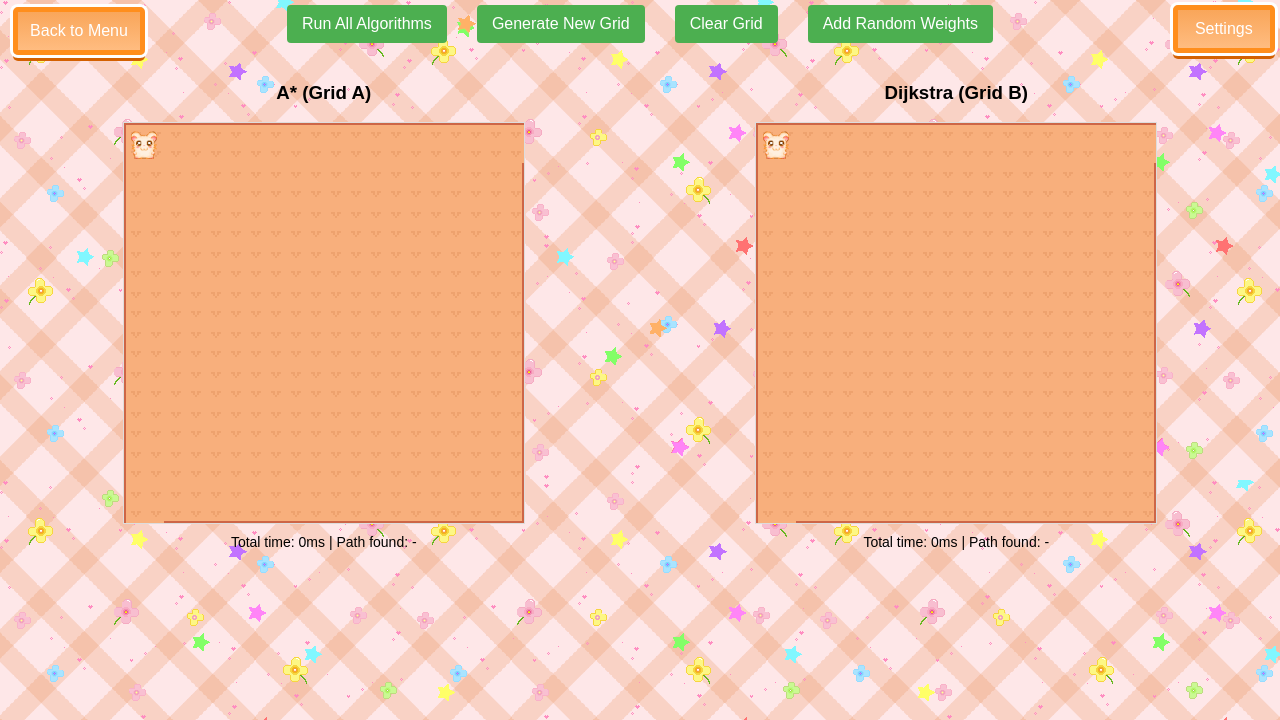
Repository: ramosfranz/Hamster-Crossing
Page: game.html
An editor plug-in stored every save of this project. The page is shown before and after the next save, followed by the edit.
The browser window is 1280 px wide. The pictures show the whole page.
Some web fonts or font styles are not loaded; a fallback is used.

Above is the page before, as saved 2025-05-06 12:20:26.

### game.html
<!DOCTYPE html>
<html lang="en">
<head>
    <meta charset="UTF-8">
    <meta name="viewport" content="width=device-width, initial-scale=1.0">
    <link rel="preconnect" href="https://fonts.googleapis.com">
    <link rel="preconnect" href="https://fonts.gstatic.com" crossorigin>
    <link href="https://fonts.googleapis.com/css2?family=Jersey+10+Charted&family=Jersey+20&family=Jersey+25+Charted&display=swap" rel="stylesheet">
    <title>Hamster Crossing</title>
    <link rel="icon" type="image/x-icon" href="assets/images/favicon.ico">
    <link rel="stylesheet" href="styles.css">
</head>
<body>
    <div class="header-buttons">
        <a class="pixelButton" id="backButton" href="menu.html">Back to Menu</a>
        <button class="pixelButton" id="settingsButton">Settings</button>
    </div>

    <!-- Settings Popup -->
    <div id="settingsPopup" class="popup">
        <div class="popup-content">
            <span class="close-popup">&times;</span>
            <h3>Settings</h3>

            <div class="setting-item">
                <label for="volumeSlider">Adjust Volume:</label>
                <input type="range" id="volumeSlider" min="0" max="100" value="50">
            </div>

            <div class="setting-item">
                <label for="hamsterDropdown">Change Hamster:</label>
                <select id="hamsterDropdown">
                    <option value="hamster1">Default Hamster</option>
                    <option value="hamster2">Speedy Hamster</option>
                    <option value="hamster3">Colorful Hamster</option>
                </select>
            </div>

            <div class="setting-item">
                <label>Number of Grids: <span class="grid-count-value">2</span></label>
                <div class="grid-count-container">
                    <input type="range" id="gridCount" min="1" max="5" value="2">
                </div>
            </div>

            <div id="gridSettings">
                <!-- Grid settings will be added here dynamically -->
            </div>

            <button id="applySettings">Apply Settings</button>
        </div>
    </div>
    <div id="controls">
        <button id="runButton">Run All Algorithms</button>
        <button id="generateButton">Generate New Grid</button>
        <button id="clearButton">Clear Grid</button>
        <button id="addWeightsButton">Add Random Weights</button>
    </div>

    <button id="stopButton">Stop and Clear Searching</button>

    <div id="grids-container">
        <!-- Grids will be added here dynamically -->
    </div>

    <!--<script src="pathfind.js" type="module"></script>
    <script src="settingsPopUp.js"  type="module"></script>
    <script src="algorithms.js"  type="module"></script> -->
    <script type="module" src="js/app.js"></script>
    <script type="module" src="js/game.js"></script>
</body>
</html>

### styles.css
html, body {
    font-family: "Jersey 20", sans-serif;
    margin: 0;
    padding: 0;
    height: 100%;
    scroll-behavior: smooth;
    background-image:url(assets/images/backgrounds/bg_try.gif), url(assets/images/backgrounds/bg_tryA.gif), url(assets/images/backgrounds/bg_hamu.png);
    background-size: auto, auto, 20%;
    background-repeat: auto, auto, space;
    image-rendering: pixelated;
}

.home {
    display: flex;
    flex-direction: column;
    justify-content: center;
    align-items: center;
    height: 100%;
    text-align: center;
}

#logo {
    width: 40%;
    max-height: 100%;
    margin-bottom: 0.5%;
    image-rendering: pixelated;
}

.pixelButton {
    padding: 10px 5%;
    margin-bottom: 3%;
    font-size: 1.5rem;
    color: #fff;
    border: 5px solid #ff8e1c;
    border-radius: 4px;
    background: linear-gradient(to bottom, #f9a65a, #ffbc80);
    box-shadow:
        0 0 0 3px #fff,
        0 6px #d36102;
    cursor: pointer;
    text-align: center;
    font-family: "Jersey 20", sans-serif;
    width: 100%;
    transition: transform 0.1s ease, box-shadow 0.1s ease;
    image-rendering: pixelated;
}

.pixelButton:hover {
    background: linear-gradient(to bottom, #ffa9b8, #ff605f);
    border-color: #ff1a14;
}

.pixelButton:active {
    transform: translateY(4px);
    box-shadow: 0 0 #000;
}


.menu {
    margin-bottom: 20px;
}
button {
    padding: 10px 20px;
    font-size: 16px;
    margin: 5px;
    cursor: pointer;
}

#controls {
    display: flex;
    justify-content: center;
    gap: 20px;
    flex-wrap: wrap;
}
#grids-container {
    display: flex;
    flex-wrap: wrap;
    justify-content: center;
    gap: 20px;
}
.canvas-container {
    display: flex;
    flex-direction: column;
    align-items: center;
    position: relative;
}
.timer {
    margin-top: 10px;
    font-size: 14px;
    text-align: center;
}
#warning {
    color: red;
    font-weight: bold;
    margin: 10px 0;
    text-align: center;
}
#stopButton {
    display: none;
    padding: 10px;
    background-color: red;
    color: white;
    border: none;
    cursor: pointer;
    border-radius: 5px;
    margin: 0 auto;
}
#backButton {
    width: 8%;
    position: fixed;
    left: 1%;
    top: 1%;
    padding: 10px;
    cursor: pointer;
    text-decoration: none;
    font-size: 16px;
    border-radius: 5px;
}

#settingsButton {
    position: fixed;
    width: 8%;
    right: -0%;
    padding: 10px;
    border-radius: 5px;
    cursor: pointer;
    font-size: 16px;
}

button {
    padding: 10px 15px;
    background-color: #4CAF50;
    color: white;
    border: none;
    border-radius: 4px;
    cursor: pointer;
    font-size: 16px;
}
button:hover {
    background-color: #45a049;
}
button:disabled {
    background-color: #cccccc;
    cursor: not-allowed;
}
.weight {
    position: absolute;
    font-size: 10px;
    font-weight: bold;
    color: black;
    pointer-events: none;
}

.header-buttons {
    display: flex;
    justify-content: space-between;
}


.popup {
    display: none;
    position: fixed;
    top: 0;
    left: 0;
    width: 100%;
    height: 100%;
    background-color: rgba(0,0,0,0.5);
    z-index: 1000;
}

.popup-content {
    background-color: white;
    margin: 10% auto;
    padding: 20px;
    width: 50%;
    max-width: 500px;
    border-radius: 8px;
    position: relative;
}

.close-popup {
    position: absolute;
    top: 10px;
    right: 20px;
    font-size: 24px;
    cursor: pointer;
}

.setting-item {
    margin: 15px 0;
}

.setting-item label {
    display: block;
    margin-bottom: 5px;
    font-weight: bold;
}

.setting-item input[type="range"],
.setting-item select,
.setting-item input[type="number"] {
    width: 100%;
    padding: 8px;
    border: 1px solid #ddd;
    border-radius: 4px;
}

#applySettings {
    margin-top: 20px;
    padding: 10px 15px;
    background-color: #4CAF50;
    color: white;
    border: none;
    border-radius: 4px;
    cursor: pointer;
    width: 100%;
}

#applySettings:hover {
    background-color: #45a049;
}

.grid-algorithm-select {
    margin-top: 10px;
}


.popup-content {
    width: 90%;
    max-width: 400px;
    margin: 5% auto;
    padding: 15px;
}

#gridCount {
    width: 100%;
    margin-top: 5px;
}

.grid-count-container {
    display: flex;
    align-items: center;
    gap: 10px;
}

.grid-count-value {
    font-weight: bold;
}

#grids-container {
    display: grid;
    grid-template-columns: repeat(auto-fit, minmax(200px, 1fr));
    gap: 15px;
    padding: 15px;
    width: 100%;
    box-sizing: border-box;
    justify-content: center;
}

/* Grid selection layout */
.grid-selection-row {
    display: flex;
    gap: 15px;
    margin-bottom: 15px;
}

.grid-selection-item {
    flex: 1;
    min-width: 120px;
}

.grid-selection-item.disabled {
    opacity: 0.6;
    pointer-events: none;
}

.grid-selection-item label {
    display: block;
    margin-bottom: 5px;
    color: #333;
}

.grid-selection-item select {
    width: 100%;
    padding: 6px;
    border: 1px solid #ddd;
    border-radius: 4px;
    background: white;
}

.grid-selection-item.disabled select {
    background: #f5f5f5;
}

.canvas-container {
    position: relative;
    width: 100%;
    max-width: 400px;
    margin: 0 auto;
}


.canvas-container canvas {
    width: 100%;
    height: auto;
    aspect-ratio: 1;
    border: 1px solid #ddd;
}

@media (max-width: 600px) {
    #grids-container {
        grid-template-columns: 1fr;
    }

    .popup-content {
        width: 90%;
        margin: 20px auto;
    }
}

@media (min-width: 601px) and (max-width: 1200px) {
    #grids-container {
        grid-template-columns: repeat(auto-fit, minmax(250px, 1fr));
    }
}

/* Modify existing grid count input */
#gridCount[type="range"] {
    -webkit-appearance: none;
    width: 100%;
    height: 8px;
    background: #ddd;
    border-radius: 4px;
}

#gridCount[type="range"]::-webkit-slider-thumb {
    -webkit-appearance: none;
    width: 20px;
    height: 20px;
    background: #4CAF50;
    border-radius: 50%;
    cursor: pointer;
}

### js/app.js
import { initializeGrid } from './gridManager.js';
import { setupEventListeners, renderGrids } from './domManager.js';
import { setupSettingsEventListeners } from './settings.js';

export function init() {
    setupSettingsEventListeners();
    initializeGrid();
    renderGrids();
    setupEventListeners();
}

document.addEventListener('DOMContentLoaded', init);

### js/game.js
import { initializeGrid } from './gridManager.js';
import { renderGrids, setupEventListeners} from './domManager.js';
import { drawGrid } from './visualizer.js';

document.addEventListener('DOMContentLoaded', () => {
    setupEventListeners();
    initializeGrid();
    renderGrids();
    drawGrid();

    window.addEventListener('resize', () => {
        drawGrid();
    });
});

### js/gridManager.js
import { drawGrid } from './visualizer.js';

export const rows = 10;
export const cols = 10;
export const start = { x: 0, y: 0 };
let grid = [];
let goal = { x: cols - 1, y: rows - 1 };

export function getGrid() { return grid; }
export function getGoal() { return goal; }
export function getStart() { return start; }

export function setGoal(newGoal) {
    // Clear old goal cell
    const oldGoal = goal;
    grid[oldGoal.y][oldGoal.x] = {
        ...grid[oldGoal.y][oldGoal.x],
        wall: false,
        weight: 1
    };

    // Set new goal
    goal = newGoal;

    // Update new goal cell
    grid[newGoal.y][newGoal.x] = {
        ...grid[newGoal.y][newGoal.x],
        wall: false,
        weight: 1
    };
}


export function initializeGrid() {
    grid = [];
    for (let y = 0; y < rows; y++) {
        const row = [];
        for (let x = 0; x < cols; x++) {
            row.push({
                wall: false,
                weight: 1,
                x,
                y,
                isGoal: (x === goal.x && y === goal.y) // Add this line
            });
        }
        grid.push(row);
    }
    resetSpecialCells();
}

function resetSpecialCells() {
    grid[start.y][start.x] = { ...grid[start.y][start.x], wall: false, weight: 1 };
    grid[goal.y][goal.x] = { ...grid[goal.y][goal.x], wall: false, weight: 1 };
}

export function generateRandomGrid() {
    grid = [];
    for (let y = 0; y < rows; y++) {
        const row = [];
        for (let x = 0; x < cols; x++) {
            row.push({ wall: Math.random() < 0.2, weight: 1, x, y });
        }
        grid.push(row);
    }
    placeRandomGoal();
    resetSpecialCells();
    drawGrid();
}

function placeRandomGoal() {
    let goalPlaced = false;
    while (!goalPlaced) {
        const randomX = Math.floor(Math.random() * cols);
        const randomY = Math.floor(Math.random() * rows);
        if ((randomX !== start.x || randomY !== start.y) && !grid[randomY][randomX].wall) {
            goal = { x: randomX, y: randomY };
            goalPlaced = true;
        }
    }
}

export function addRandomWeights() {
    for (let y = 0; y < rows; y++) {
        for (let x = 0; x < cols; x++) {
            if ((x === start.x && y === start.y) || (x === goal.x && y === goal.y) || grid[y][x].wall) continue;
            grid[y][x].weight = Math.floor(Math.random() * 5) + 1;
        }
    }
    drawGrid();
}

### js/stateManager.js
export const settings = {
    volume: 50,
    hamster: 'hamster1',
    gridCount: 2,
    gridAlgorithms: ['aStar', 'dijkstra']
};

export let searchInProgress = false;
export const timers = {};

export function setSearchInProgress(value) {
    searchInProgress = value;
}

export function resetTimers() {
    for (const key in timers) {
        timers[key].textContent = "Total time: 0ms | Path found: -";
    }
}

### js/algorithms/dijkstra.js
import { getNeighbors, sleep } from '../utils.js';
import { getGrid, rows, cols, start, getGoal } from '../gridManager.js';
import { drawPathWithHead } from '../visualizer.js';

export async function animateDijkstra(ctx, timerElement) {
    const grid = getGrid();
    const goal = getGoal();
    const canvas = ctx.canvas;
    const cellSize = canvas.width / cols;
    const neighbors = getNeighbors(grid, cols, rows);
    const waitSecondsSearch = 100;

    const openSet = [start];
    const cameFrom = {};
    const dist = Array(rows).fill().map(() => Array(cols).fill(Infinity));
    dist[start.y][start.x] = 0;

    const startTime = performance.now();
    let pathFoundTime = null;

    while (openSet.length > 0) {
        openSet.sort((a, b) => dist[a.y][a.x] - dist[b.y][b.x]);
        const current = openSet.shift();

        if (current.x === goal.x && current.y === goal.y) {
            pathFoundTime = performance.now() - startTime;
            timerElement.textContent = `Total time: ${Math.round(performance.now() - startTime)}ms | Path found: Yes`;
            await drawPathWithHead(ctx, cameFrom, current, "orange", "red");
            return;
        }

        ctx.fillStyle = "rgba(240, 128, 128, 0.5)";
        ctx.fillRect(current.x * cellSize, current.y * cellSize, cellSize, cellSize);
        await sleep(waitSecondsSearch);

        for (const neighbor of neighbors(current)) {
            const newDist = dist[current.y][current.x] + grid[neighbor.y][neighbor.x].weight;
            if (newDist < dist[neighbor.y][neighbor.x]) {
                cameFrom[`${neighbor.x},${neighbor.y}`] = current;
                dist[neighbor.y][neighbor.x] = newDist;

                if (!openSet.some(n => n.x === neighbor.x && n.y === neighbor.y)) {
                    openSet.push(neighbor);
                }
            }
        }

        timerElement.textContent = `Total time: ${Math.round(performance.now() - startTime)}ms | Path found: ${
            pathFoundTime ? Math.round(pathFoundTime) + "ms" : "searching..."
        }`;
    }

    timerElement.textContent = `Total time: ${Math.round(performance.now() - startTime)}ms | Path found: No path`;
}

### js/algorithms/bfs.js
import { getNeighbors, sleep } from '../utils.js';
import { getGrid, rows, cols, start, getGoal } from '../gridManager.js';
import { drawPathWithHead } from '../visualizer.js';

export async function animateBFS(ctx, timerElement) {
    const grid = getGrid();
    const goal = getGoal();
    const canvas = ctx.canvas;
    const cellSize = canvas.width / cols;
    const neighbors = getNeighbors(grid, cols, rows);
    const waitSecondsSearch = 100;

    const queue = [start];
    const cameFrom = {};
    const visited = Array(rows).fill().map(() => Array(cols).fill(false));
    visited[start.y][start.x] = true;

    const startTime = performance.now();
    let pathFoundTime = null;

    while (queue.length > 0) {
        const current = queue.shift();

        if (current.x === goal.x && current.y === goal.y) {
            pathFoundTime = performance.now() - startTime;
            timerElement.textContent = `Total time: ${Math.round(performance.now() - startTime)}ms | Path found: Yes`;
            await drawPathWithHead(ctx, cameFrom, current, "lightblue", "blue");
            return;
        }

        ctx.fillStyle = "rgba(173, 216, 230, 0.5)";
        ctx.fillRect(current.x * cellSize, current.y * cellSize, cellSize, cellSize);
        await sleep(waitSecondsSearch);

        for (const neighbor of neighbors(current)) {
            if (!visited[neighbor.y][neighbor.x]) {
                visited[neighbor.y][neighbor.x] = true;
                cameFrom[`${neighbor.x},${neighbor.y}`] = current;
                queue.push(neighbor);
            }
        }

        timerElement.textContent = `Total time: ${Math.round(performance.now() - startTime)}ms | Path found: ${
            pathFoundTime ? Math.round(pathFoundTime) + "ms" : "searching..."
        }`;
    }

    timerElement.textContent = `Total time: ${Math.round(performance.now() - startTime)}ms | Path found: No path`;
}

### js/algorithms/dfs.js
import { getNeighbors, sleep } from '../utils.js';
import { getGrid, rows, cols, start, getGoal } from '../gridManager.js';
import { drawPathWithHead } from '../visualizer.js';

export async function animateDFS(ctx, timerElement) {
    const grid = getGrid();
    const goal = getGoal();
    const canvas = ctx.canvas;
    const cellSize = canvas.width / cols;
    const neighbors = getNeighbors(grid, cols, rows);
    const waitSecondsSearch = 100;

    const stack = [start];
    const cameFrom = {};
    const visited = Array(rows).fill().map(() => Array(cols).fill(false));
    visited[start.y][start.x] = true;

    const startTime = performance.now();
    let pathFoundTime = null;

    while (stack.length > 0) {
        const current = stack.pop();

        if (current.x === goal.x && current.y === goal.y) {
            pathFoundTime = performance.now() - startTime;
            timerElement.textContent = `Total time: ${Math.round(performance.now() - startTime)}ms | Path found: Yes`;
            await drawPathWithHead(ctx, cameFrom, current, "red", "purple");
            return;
        }

        ctx.fillStyle = "rgba(255, 0, 0, 0.5)";
        ctx.fillRect(current.x * cellSize, current.y * cellSize, cellSize, cellSize);
        await sleep(waitSecondsSearch);

        for (const neighbor of neighbors(current)) {
            if (!visited[neighbor.y][neighbor.x]) {
                visited[neighbor.y][neighbor.x] = true;
                cameFrom[`${neighbor.x},${neighbor.y}`] = current;
                stack.push(neighbor);
            }
        }

        timerElement.textContent = `Total time: ${Math.round(performance.now() - startTime)}ms | Path found: ${
            pathFoundTime ? Math.round(pathFoundTime) + "ms" : "searching..."
        }`;
    }

    timerElement.textContent = `Total time: ${Math.round(performance.now() - startTime)}ms | Path found: No path`;
}

### js/utils.js
export const sleep = (ms) => new Promise(resolve => setTimeout(resolve, ms));

export const heuristic = (a, b) => Math.abs(a.x - b.x) + Math.abs(a.y - b.y);

export const getNeighbors = (grid, cols, rows) => ({ x, y }) => {
    const neighbors = [];
    if (x > 0 && !grid[y][x - 1].wall) neighbors.push(grid[y][x - 1]);
    if (x < cols - 1 && !grid[y][x + 1].wall) neighbors.push(grid[y][x + 1]);
    if (y > 0 && !grid[y - 1][x].wall) neighbors.push(grid[y - 1][x]);
    if (y < rows - 1 && !grid[y + 1][x].wall) neighbors.push(grid[y + 1][x]);
    return neighbors;
};

Loaded but not shown: js/visualizer.js (314 lines, source omitted); js/domManager.js (252 lines, source omitted); js/settings.js (104 lines, source omitted); js/algorithms/bellmanFord.js (71 lines, source omitted); js/algorithms/aStar.js (57 lines, source omitted)

After the next save:
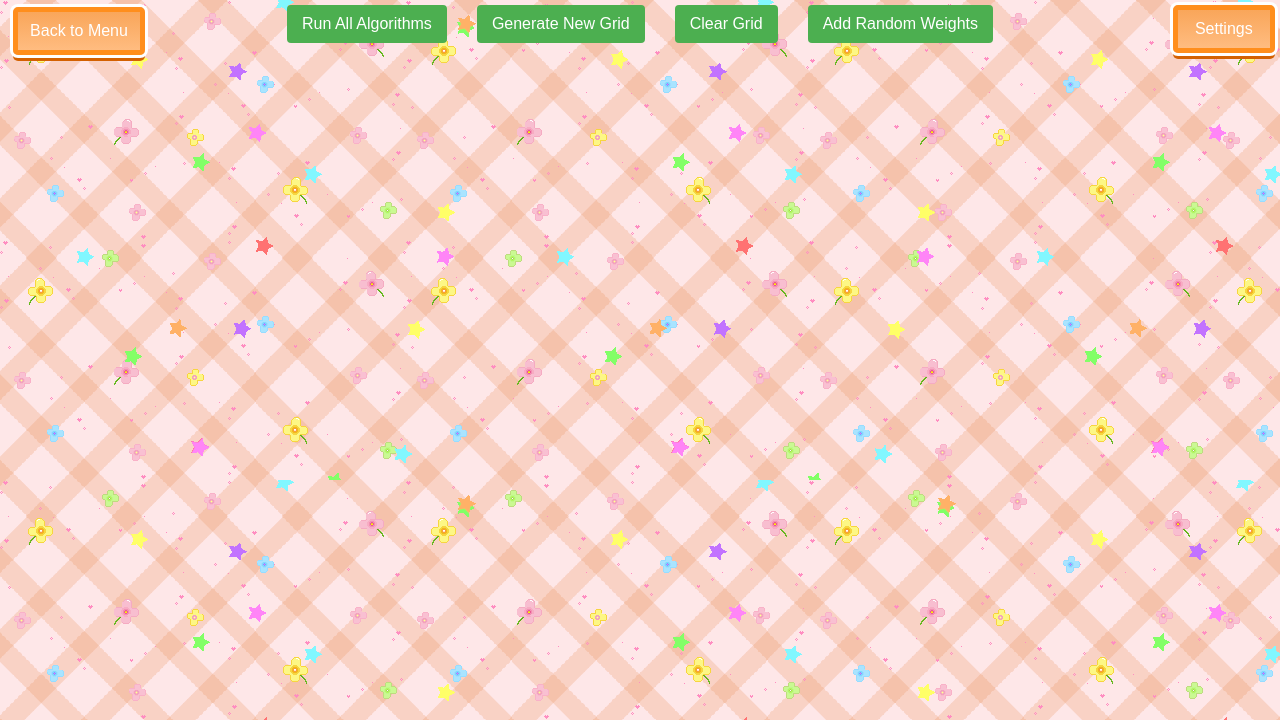
Console error: SyntaxError: Unexpected token 'function'
Saved 16 s later.
--- a/js/gridManager.js
+++ b/js/gridManager.js
@@ -10,26 +10,20 @@
 export function getGoal() { return goal; }
 export function getStart() { return start; }
 
-export function setGoal(newGoal) {
+eexport function setGoal(newGoal) {
     // Clear old goal cell
-    const oldGoal = goal;
-    grid[oldGoal.y][oldGoal.x] = {
-        ...grid[oldGoal.y][oldGoal.x],
-        wall: false,
-        weight: 1
-    };
+    if (goal) {
+        grid[goal.y][goal.x].isGoal = false;
+    }
 
     // Set new goal
     goal = newGoal;
+    grid[newGoal.y][newGoal.x].isGoal = true;
+    grid[newGoal.y][newGoal.x].wall = false;
+    grid[newGoal.y][newGoal.x].weight = 1;
 
-    // Update new goal cell
-    grid[newGoal.y][newGoal.x] = {
-        ...grid[newGoal.y][newGoal.x],
-        wall: false,
-        weight: 1
-    };
+    drawGrid(); // Add this to immediately reflect the change
 }
-
 
 export function initializeGrid() {
     grid = [];

After the save that followed:
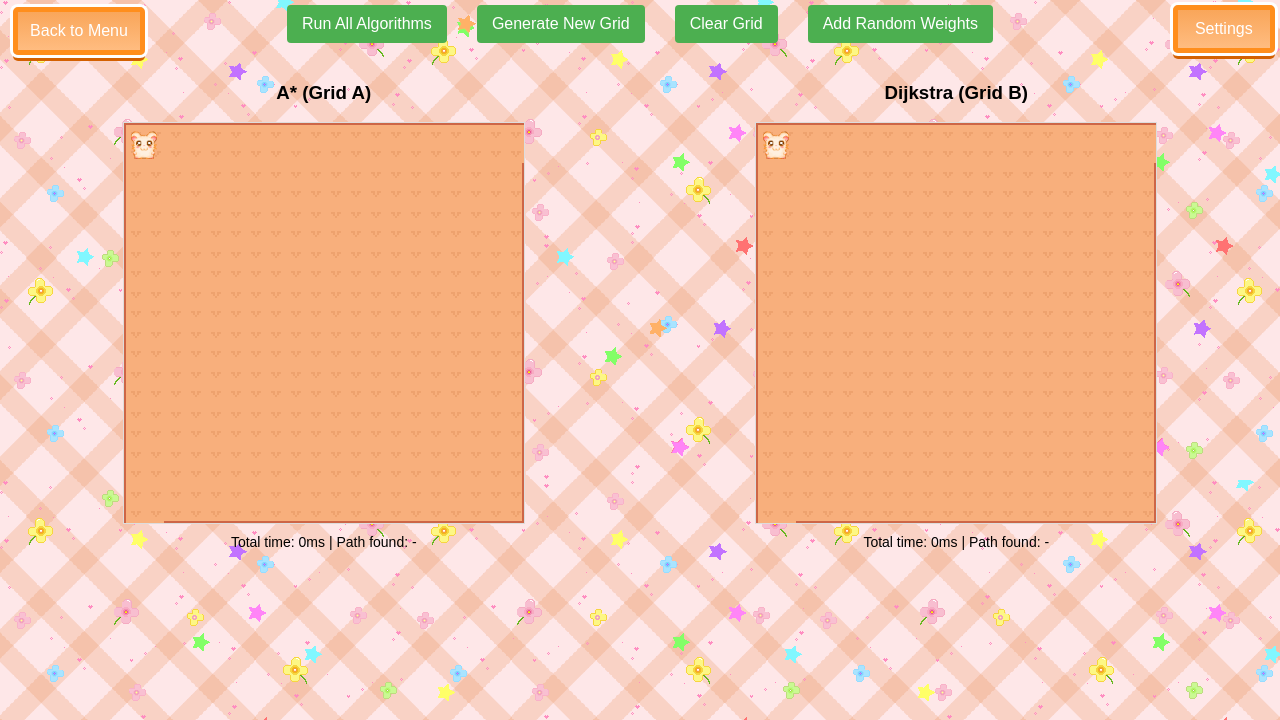
The error is gone.
Saved 4 s later.
--- a/js/gridManager.js
+++ b/js/gridManager.js
@@ -10,7 +10,7 @@
 export function getGoal() { return goal; }
 export function getStart() { return start; }
 
-eexport function setGoal(newGoal) {
+export function setGoal(newGoal) {
     // Clear old goal cell
     if (goal) {
         grid[goal.y][goal.x].isGoal = false;
